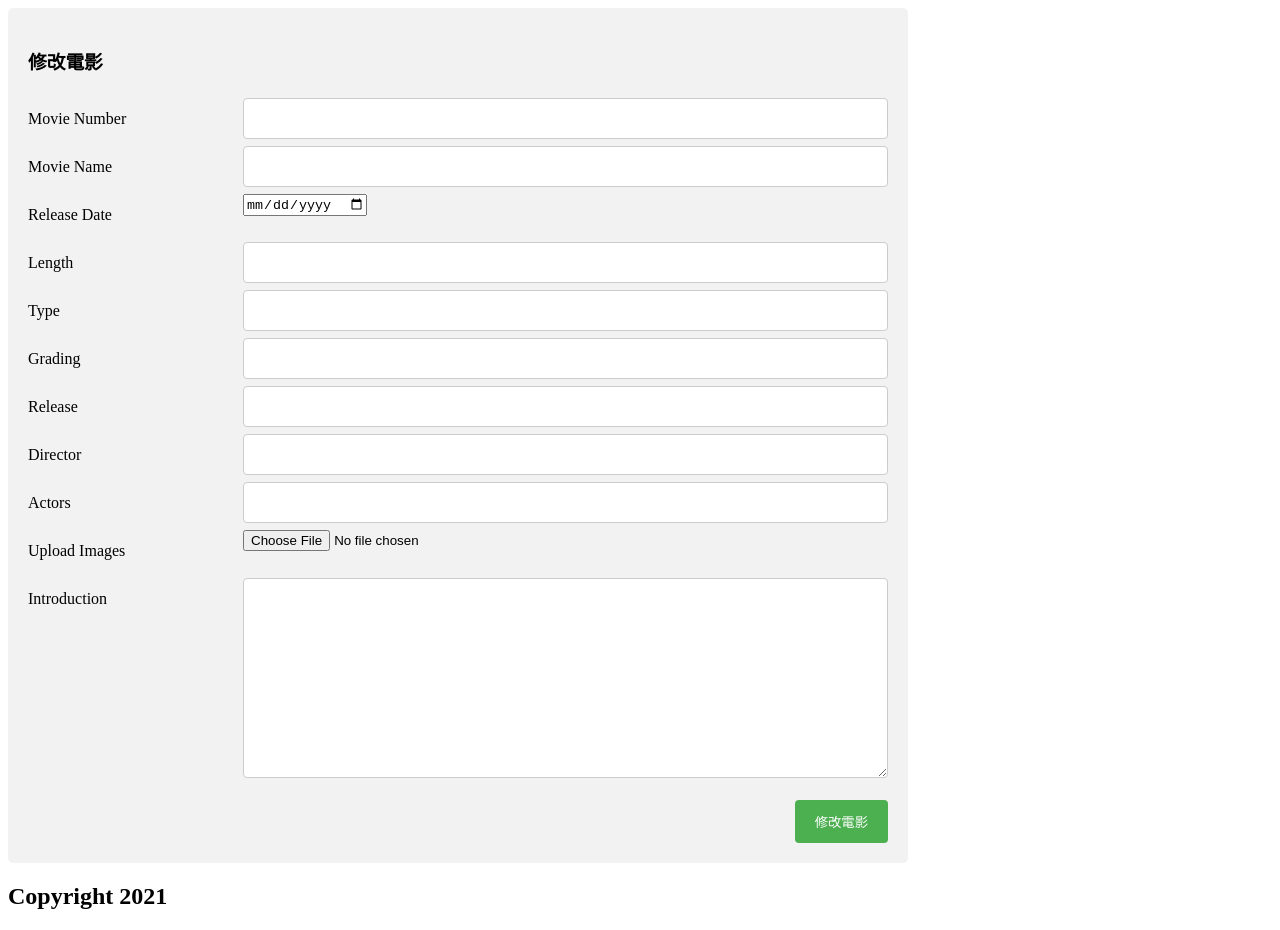
Repository: PEICHI26/Cinema
Page: http://localhost/Cinema/Update.jsp
The author's editor kept a copy of each file at every save. The page is drawn from the files as they stood at one save, then again after the next save.
The browser window is 1280 px wide. The pictures show the whole page.
The page is served by Tomcat 9. Nobody is signed in. The application's start-up code is not run.

Above is the page before, as saved 2021-12-18 07:46:39.

After the next save:
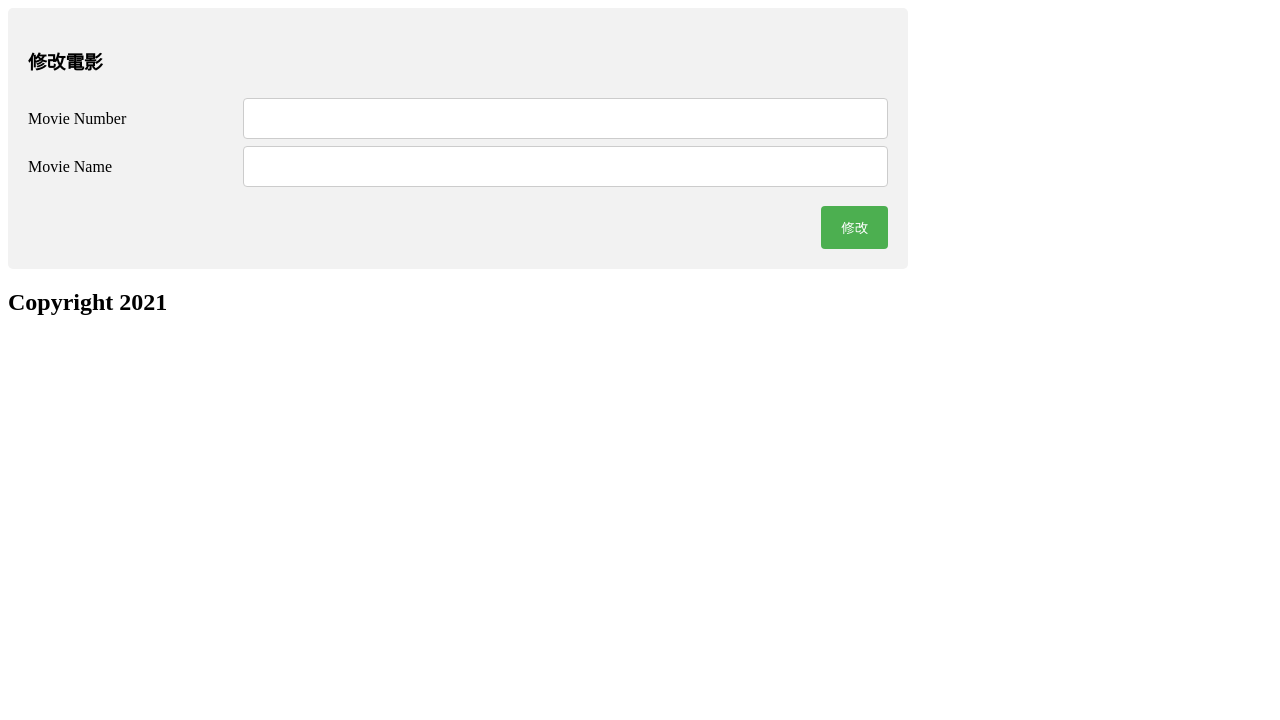
Saved 108 s later.
--- a/Cinema/src/main/webapp/Update.jsp
+++ b/Cinema/src/main/webapp/Update.jsp
@@ -92,82 +92,10 @@ input[type=submit]:hover {
       <input type="text" id="moviename" name="moviename" placeholder="">
     </div>
   </div>
-  <div class="row">
-    <div class="col-25">
-      <label for="moviename">Release Date</label>
-    </div>
-    <div class="col-75">
-      <input type="date" id="rdate" name="rdate" >
-    </div>
-  </div>
-  <div class="row">
-    <div class="col-25">
-      <label for="movielength">Length</label>
-    </div>
-    <div class="col-75">
-      <input type="text" id="movielength" name="movielength" placeholder="">
-    </div>
-  </div>
-    <div class="row">
-    <div class="col-25">
-      <label for="type">Type</label>
-    </div>
-    <div class="col-75">
-      <input type="text" id="type" name="type" placeholder="">
-    </div>
-  </div>
-    <div class="row">
-    <div class="col-25">
-      <label for="grading">Grading</label>
-    </div>
-    <div class="col-75">
-      <input type="text" id="grading" name="grading" placeholder="">
-    </div>
-  </div>
-    <div class="row">
-    <div class="col-25">
-      <label for="release">Release</label>
-    </div>
-    <div class="col-75">
-      <input type="text" id="release" name="release" placeholder="">
-    </div>
-  </div>
-    <div class="row">
-    <div class="col-25">
-      <label for="director">Director</label>
-    </div>
-    <div class="col-75">
-      <input type="text" id="director" name="director" placeholder="">
-    </div>
-  </div>
-    <div class="row">
-    <div class="col-25">
-      <label for="actors">Actors</label>
-    </div>
-    <div class="col-75">
-      <input type="text" id="actors" name="actors" placeholder="">
-    </div>
-  </div>
-    <div class="row">
-    <div class="col-25">
-      <label for="actors">Upload Images</label>
-    </div>
-    <div class="col-75">
-         <input type = "file" name = "file" size = "50" />
-    </div>
 
-  </div>
-  <div class="row">
-    <div class="col-25">
-      <label for="intro">Introduction</label>
-    </div>
-    <div class="col-75">
-      <textarea id="intro" name="intro" placeholder="" style="height:200px"></textarea>
-    </div>
-  </div>
   <br>
   <div class="row">
-    <input type="submit" name="UPDATE" value="修改電影">
+    <input type="submit" name="UPDATE" value="修改">
   </div>
   </form>
 </div>
